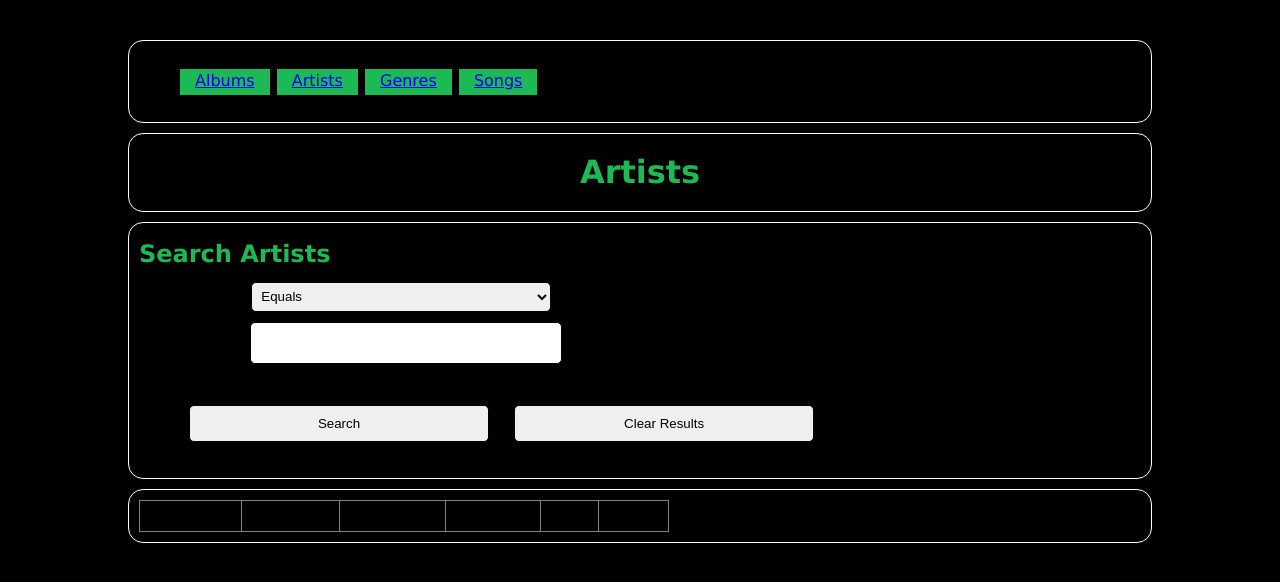
Repository: RRGTHWAR/bkg16_INFSCI1017
Page: bkg16_Music_FinalProject/WebContent/artist.html
These files come from the project's save history. The page is drawn as it stood at one moment and after the next save; the edit follows.
The browser window is 1280 px wide. The pictures show the whole page.

Above is the page before, as saved 2019-04-18 01:33:37.

After the next save:
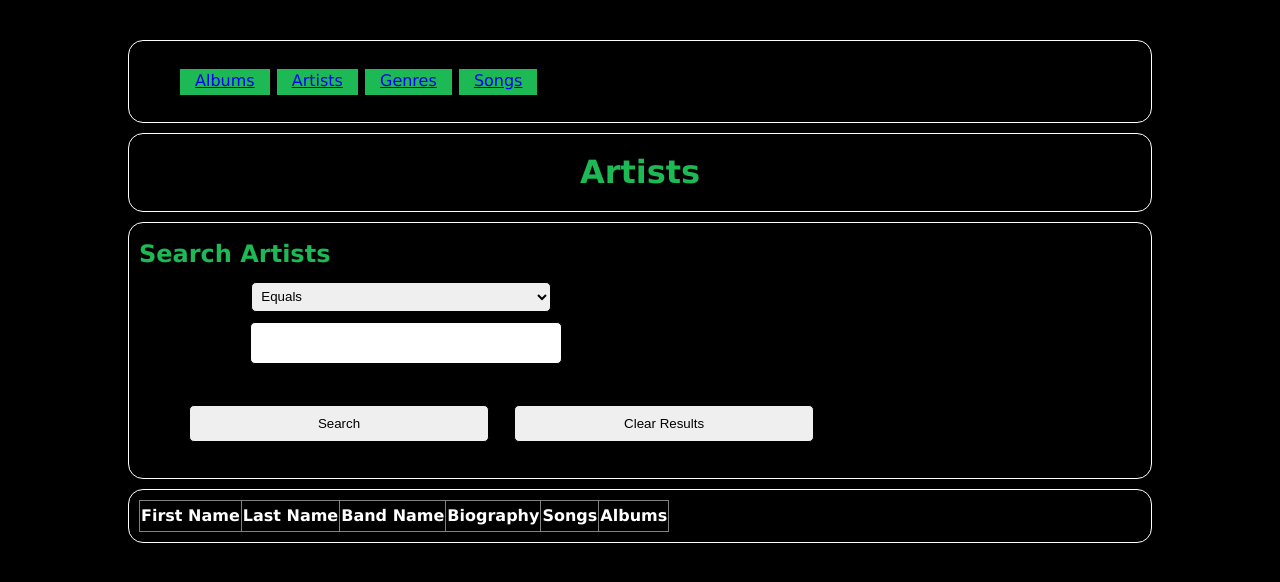
Saved 18 s later.
--- a/bkg16_Music_FinalProject/WebContent/css/style.css
+++ b/bkg16_Music_FinalProject/WebContent/css/style.css
@@ -101,7 +101,7 @@
 
 #tblSearchResults {
 	border-collapse: collapse;
-	font-color: #FFF;
+	color: #FFF;
 }
 
 #tblSearchResults tr th td {
